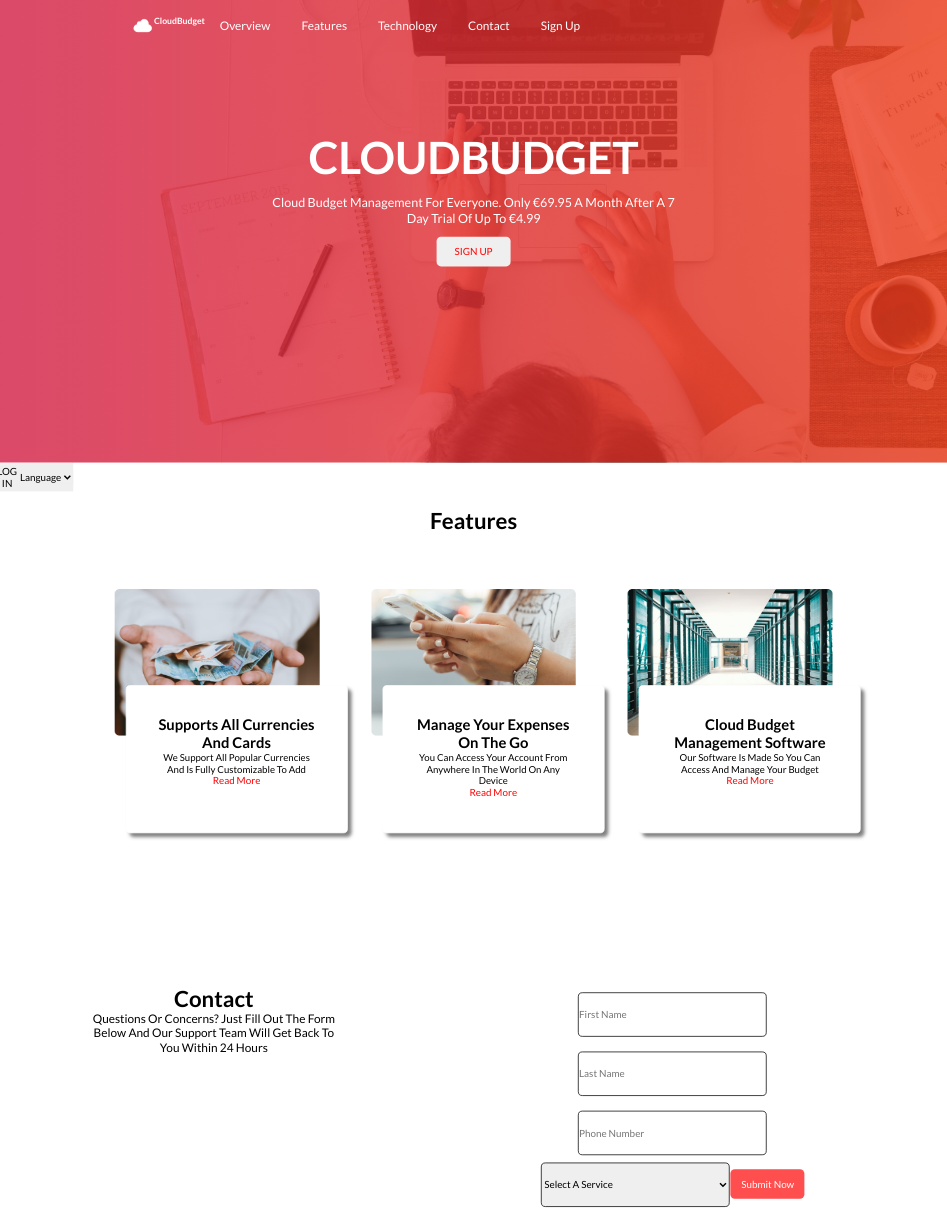
Repository: havvanurrana/website3
Page: index.html
The author's editor kept a copy of each file at every save. The page is drawn from the files as they stood at one save, then again after the next save.
The browser window is 1280 px wide. The pictures show the whole page, at 74% of full size.

Above is the page before, as saved 2024-07-30 11:15:47.
Console error: TypeError: Cannot read properties of null (reading 'addEventListener')

### index.html
<!DOCTYPE html>
<html lang="tr">
  <head>
    <meta charset="UTF-8" />
    <meta name="viewport" content="width=device-width, initial-scale=1.0" />
    <title>CloudBudget</title>
    <link rel="stylesheet" href="style.css" />
    <link
      rel="stylesheet"
      href="https://cdnjs.cloudflare.com/ajax/libs/font-awesome/6.5.2/css/all.min.css"
      integrity="sha512-SnH5WK+bZxgPHs44uWIX+LLJAJ9/2PkPKZ5QiAj6Ta86w+fsb2TkcmfRyVX3pBnMFcV7oQPJkl9QevSCWr3W6A=="
      crossorigin="anonymous"
      referrerpolicy="no-referrer"
    />
    <link
      href="https://fonts.googleapis.com/css2?family=Lato:wght@400;700&display=swap"
      rel="stylesheet"
    />
  </head>
  <body>
    <section class="overview-section">
        <div class="linear-gradient"></div>
        <div class="content">
            <h3>CLOUDBUDGET</h3>
            <p>
                Cloud budget management for everyone. Only €69.95 a Month After a 7
                Day Trial of Up to €4.99
            </p>
            <button>SIGN UP</button>
        </div>
    </section>
    <header class="header-menu">
        <div class="markaamblem">
            <img src="assets/cloud.png" />
            <h3>CloudBudget</h3>
        </div>
        <nav class="navbar">
            <a href="#" class="navbarsect">Overview</a>
            <a href="#" class="navbarsect">Features</a>
            <a href="#" class="navbarsect">Technology</a>
            <a href="#" class="navbarsect">Contact</a>
            <a href="#" class="navbarsect">Sign Up</a>
        </nav>

    </header>
    <div class="buttons">
        <button>LOG IN</button>
        <button>
            <select id="language" name="language">
                <option value="">language</option>
                <option value="uk">UK</option>
                <option value="turk">Turkish</option>
                <option value="sp">Spanish</option>
                <option value="fr">French</option>
            </select>
        </button>
            <div class="toggle-menu">
                <button>
                    <i class="fas fa-bars"></i>
                </button>
            </div>
    </div>
    <!--features kısmı -->
    <div class="featureshead">
        <h1>Features</h1>
    </div>
    <div class="features">
        <div class="featuressection">
            <div class="img">
                <img src="../assets/money.png" />
            </div>
            <div class="featurescard">
                <div>
                    <h1>Supports All Currencies and Cards</h1>
                </div>
                <div>
                    <p>
                        We support all popular currencies and is fully customizable to add
                    </p>
                </div>
                <button>Read More</button>
            </div>
      </div>
      <div class="featuressection">
          <div>
                <div class="img">
                    <img src="../assets/hand.png" />
                </div>
                <div class="featurescard">
                    <h1>Manage your expenses on the go</h1>
                        <p>
                          You can access your account from anywhere in the world on any
                          device
                        </p>
                    <button>Read More</button>
                </div>
            </div>
      </div>
          <div class="featuressection">
              <div>
                    <div class="img">
                        <img src="../assets/building.png" />
                    </div>
                    <div class="featurescard">
                          <h1>Cloud Budget Management Software</h1>
                          <p>Our software is made so you can access and manage your budget</p>
                          <button>Read More</button>
                    </div>
              </div>
          </div>
    </div>
    <!--contact kısmı-->
    <section >
        <div class="contact">
        <div class="contact-text">
            <h1>Contact</h1>
            <p>
              Questions or concerns? Just fill out the form below and our support
              team will get back to you within 24 hours
            </p>
        </div>
        <div class="input">
            <input
            type="text"
            id="username"
            name="username"
            placeholder="First Name"
            />
            <input
            type="text"
            id="username"
            name="username"
            placeholder="Last Name"
            />
            <input
            type="text"
            id="username"
            name="username"
            placeholder="Phone Number"
            />
            <select id="service" name="service">
            <option value="">Select a service</option>
            <option value="service1">Service 1</option>
            <option value="service2">Service 2</option>
            <option value="service3">Service 3</option>
            <option value="service4">Service 4</option>
            </select>
            <button>Submit now</button>
        </div>
    </div>
    </section>
    <script>
        document.addEventListener('DOMContentLoaded', function() {
  const menuIcon = document.getElementById('menu-icon');
  const navList = document.getElementById('nav-list');

  menuIcon.addEventListener('click', function() {
    navList.classList.toggle('show');
  });
});
    </script>
  </body>
</html>

### style.css
/* genel*/
*{
   margin:0;
   padding: 0;
   box-sizing: border-box;
   outline: none;
   border: none;
   text-decoration: none;
   text-transform: capitalize;
   font-family: Lato;
}


html {
    font-size: 62.5%;
    overflow-x: hidden;
    scroll-behavior: smooth;
    scroll-padding-top: 9rem ;
 }
h1{
   font-size: 30px;
}
 /* header menu ve  amblem ve ilk ekran cssleri*/

.markaamblem{
   display: flex;
   justify-content: flex-start;
   color: white;
}

.header-menu{
   display: flex;
   justify-content: space-between;
   align-items: center ;
   padding: 0 7%;
   margin: 2rem 7%;
   z-index: 3;
   top: 0;
   position:absolute;
}
.header-menu .navbar a{
   margin: 0 2rem;
   font-size: 1.6rem;
   color: white;
   z-index: 2;
}
 .buttons{
   border: 1px , solid, rgb(255, 255, 255);
   border-radius: 6px;
   color:rgb(255, 255, 255);
   width: 100px;
   height: 40px;
   gap: 0px;
   background-color: transparent;
}
 .buttons{
   display: flex;
   justify-content: flex-end;
}
.overview-section{
   min-height: 100vh;
   display: flex;
   text-align: center;
   align-items: center;
   justify-content: center;
   background:  url(../assets/image1.png)
   no-repeat;
   background-size: cover;
   margin-top: -9.5rem;
}

.overview-section .content {
   max-width: 60rem;
   margin: 0.5rem;
   z-index: 2;
}
.overview-section .content h3{
   font-size: 6rem;
   margin: 0.5rem;
   color: white;
}
.overview-section .content p{
   font-size: 1.7rem;
   margin: 1.5rem;
   color: white;
}
.overview-section .content button{
   border:1px;
   width: 100px;
   height: 40px;
   border-radius: 6px;
   color: red;

}

.linear-gradient{
   min-height: 100vh;
   width: 100%;
   display: flex;
   z-index: 1;
   background: linear-gradient(90deg, rgba(213, 32, 71, 0.8) 0%, rgba(238, 61, 27, 0.8) 100%);
   position: absolute;
}

/* features kısmı*/
/* başlık*/
.featureshead{
   text-align: center;
   justify-content: center;
   margin: 10px;
   padding: 10px;
}
/* Kartlar*/
.features{
   display: grid;
   grid-template-columns: repeat(auto-fit, minmax(30rem, 1fr));
   margin:3rem;
   padding: 0 7%;
}
.featurescard{
   border-radius: 6px;
   border: 1px, solid, rgb(255, 255, 255);
   width: 30rem;
   height: 20rem;
   text-align: center;
   justify-content: center;
   align-items: center;
   padding: 4rem;
   margin: 3rem;
   background-color: white;
   transform: translate(-5%,-50%);
   box-shadow: 5px 5px 5px rgba(0, 0, 0,0.5);
}
.featuressection{
   justify-content: center;
   align-items: center;
   margin: 10px;
   padding: 25px;
}
.features img{
   width: 100%;
   object-fit: cover;
}
.featurescard h1{
   font-size: 20px;
}
.featurescard p{
   font-size: 13px;
}
.featurescard button{
   border: none;
   background-color: transparent;
   color: red;
}

/*Contact kısmı */


.contact{
   display: flex;
   flex-direction: row;
   margin: 2rem;
}
.contact div{
   text-align: center;
   justify-content: center;
   align-items: center;
   padding: 0 7%;
   margin: 1rem;
}
.contact h1{
   font-size: 30px;
}
.contact p{
   font-size: 16px;
}
input{
   width: 255px;
   height: 60px;
   border: 1px, solid, black;
   border-color: rgb(0, 0, 0);
   border-radius: 6px;
   margin: 1rem;
}
.contact select{
   width: 255px;
   height: 60px;
   border: 1px, solid, black;
   border-color: rgb(0, 0, 0);
   border-radius: 6px;
}
.contact button{
   width: 100px;
   height: 40px;
   border-radius: 6px;
   color: white;
   background-color: rgb(254, 78, 78);
}


/* toggle menu*/

.toggle-menu {
   display: none;
}

@media (max-width: 1000px) {
   .navbar {
       display: none;
   }
   .toggle-menu {
       display: block;
   }
}

.toggle-menu.active + .navbar {
   display: flex;
   flex-direction: column;
   position: absolute;
   top: 100%;
   left: 0;
   right: 0;
   background-color: #333;
   z-index: 1;
}

.toggle-menu button {
   background: none;
   border: none;
   color: white;
   font-size: 2rem;
}

After the next save:
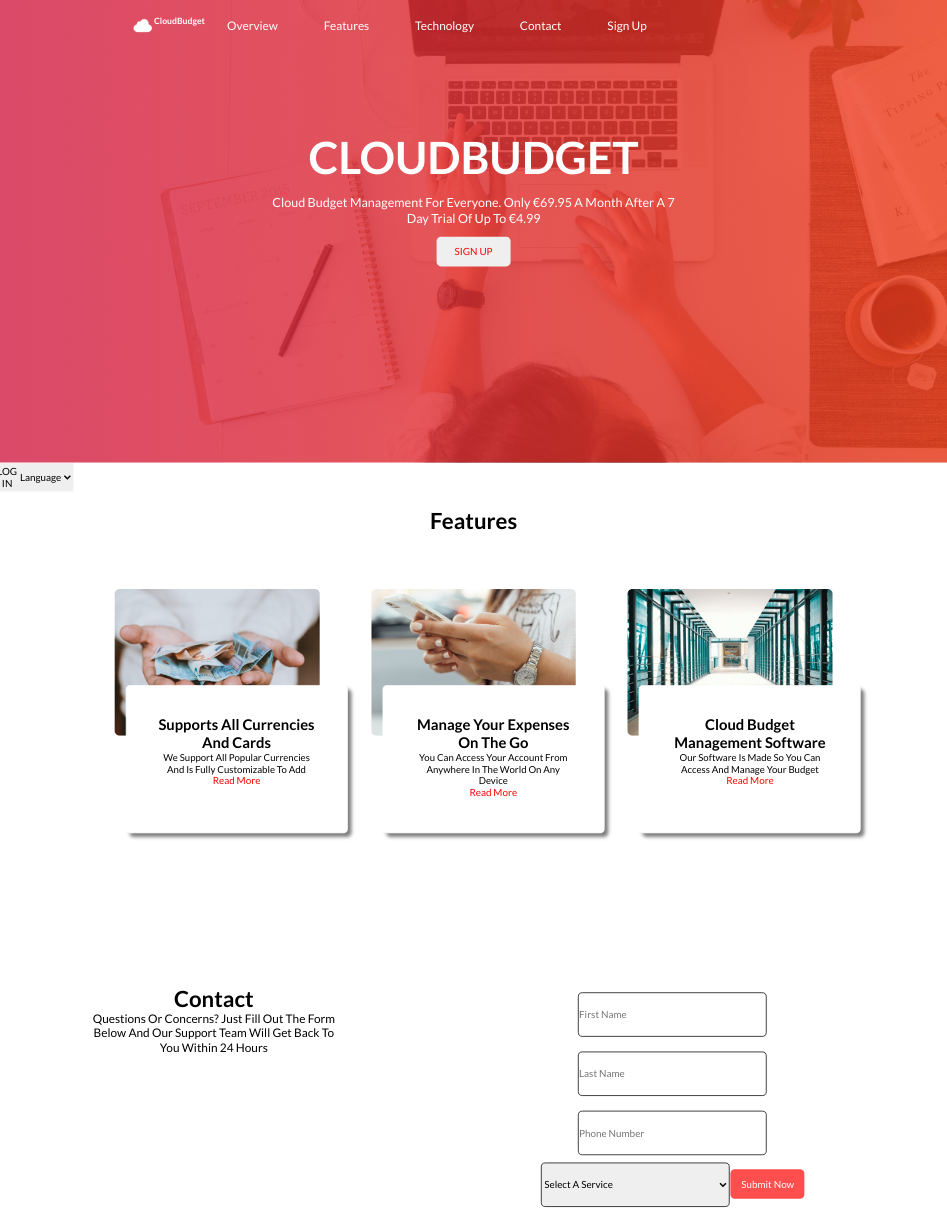
Saved 7 s later.
--- a/style.css
+++ b/style.css
@@ -39,7 +39,7 @@ h1{
    position:absolute;
 }
 .header-menu .navbar a{
-   margin: 0 2rem;
+   margin: 0 3rem;
    font-size: 1.6rem;
    color: white;
    z-index: 2;
